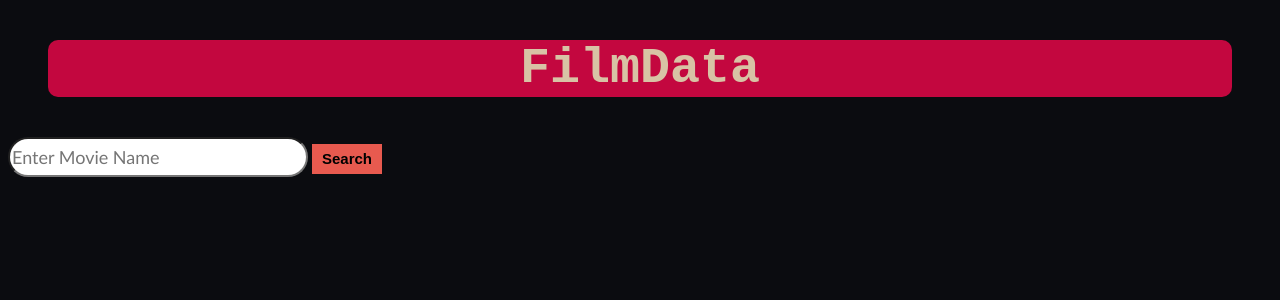
Repository: priyankajainmodi/film_data
Page: index.html
An editor plug-in stored every save of this project. The page is shown before and after the next save, followed by the edit.
The browser window is 1280 px wide. The pictures show the whole page.

Above is the page before, as saved 2021-11-26 14:32:13.

After the next save:
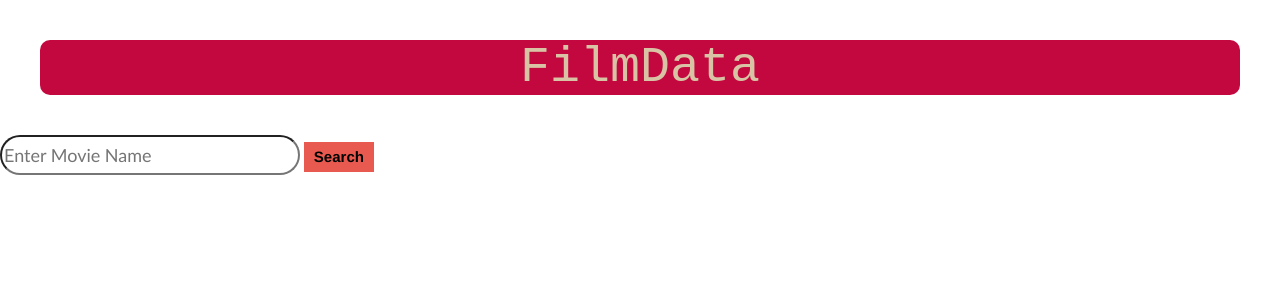
Console error (its wording comes from the project's code and is left out).
Saved 2 h 43 min later.
--- a/index.html
+++ b/index.html
@@ -5,8 +5,9 @@
 
     <link rel="icon" href="favicon/favicon.ico" type="image/x-icon">
     <link rel="stylesheet" href="https://cdnjs.cloudflare.com/ajax/libs/font-awesome/4.7.0/css/font-awesome.min.css">
-
+    <link rel="stylesheet" href="https://maxcdn.bootstrapcdn.com/bootstrap/3.4.1/css/bootstrap.min.css">
     <meta name="viewport" content="width=device-width, initial-scale=1.0">
+    <script src="https://maxcdn.bootstrapcdn.com/bootstrap/3.4.1/js/bootstrap.min.js"></script>
     <style>
         #leftbox {
             float: left;

After the 4 saves that followed:
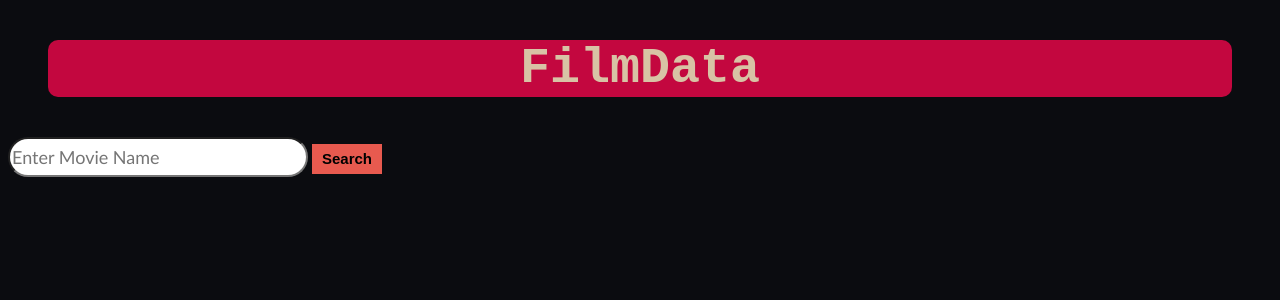
The error is gone.
The 4 saves are shown as one change because 3 left the picture as it was.
The last was saved 3 min 1 s later.
--- a/index.html
+++ b/index.html
@@ -5,9 +5,8 @@
 
     <link rel="icon" href="favicon/favicon.ico" type="image/x-icon">
     <link rel="stylesheet" href="https://cdnjs.cloudflare.com/ajax/libs/font-awesome/4.7.0/css/font-awesome.min.css">
-    <link rel="stylesheet" href="https://maxcdn.bootstrapcdn.com/bootstrap/3.4.1/css/bootstrap.min.css">
+
     <meta name="viewport" content="width=device-width, initial-scale=1.0">
-    <script src="https://maxcdn.bootstrapcdn.com/bootstrap/3.4.1/js/bootstrap.min.js"></script>
     <style>
         #leftbox {
             float: left;
